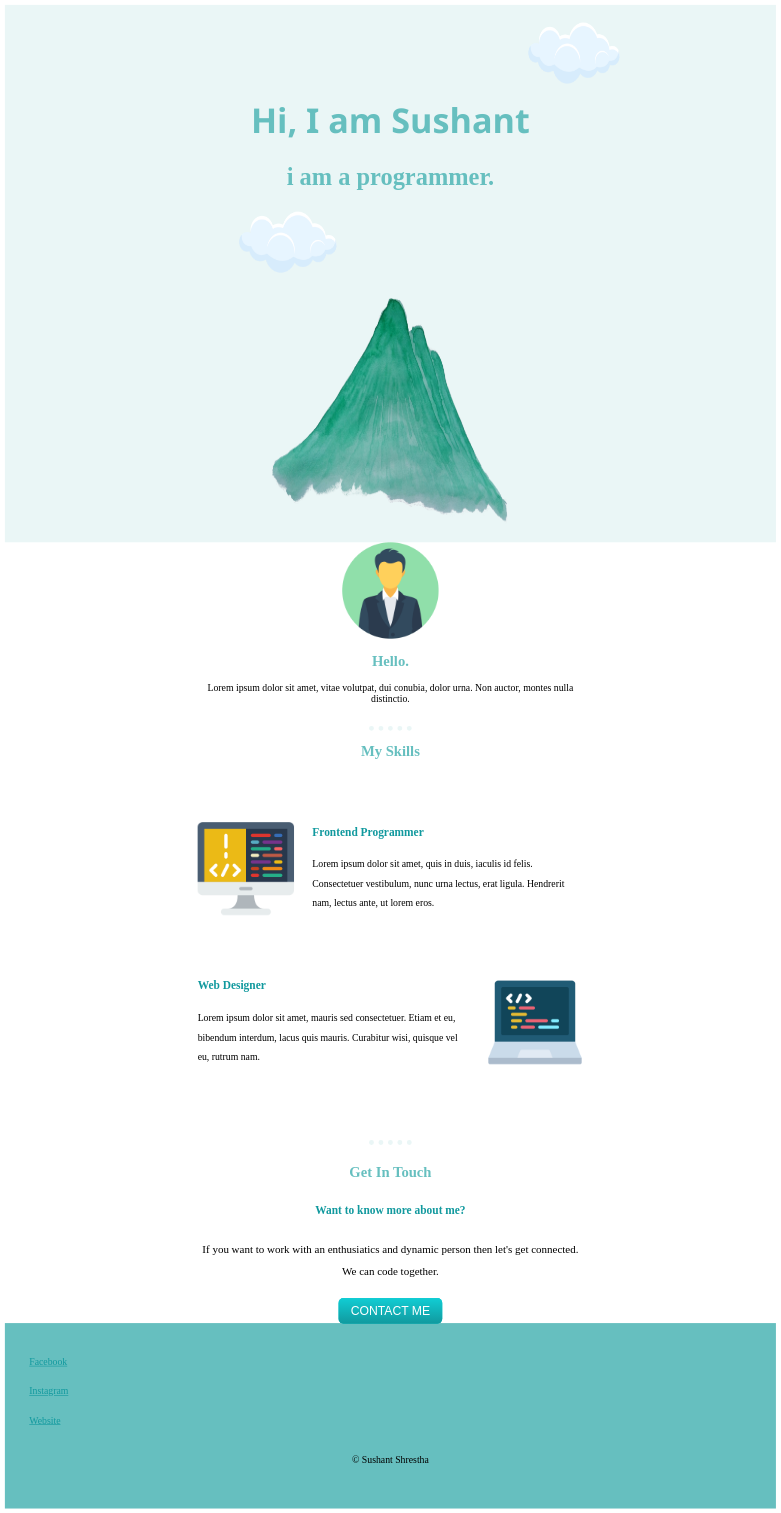
Repository: Sushant203/myPersonalSite
Page: index.html
An editor plug-in stored every save of this project. The page is shown before and after the next save, followed by the edit.
The browser window is 1280 px wide. The pictures show the whole page, at 61% of full size.

Above is the page before, as saved 2022-12-13 19:25:35.

### index.html
<!DOCTYPE html>
<html lang="en">

<head>
    <meta charset="UTF-8">
    <meta http-equiv="X-UA-Compatible" content="IE=edge">
    <meta name="viewport" content="width=device-width, initial-scale=1.0">
    <title>Document</title>
    <link rel="stylesheet" href="\css\style.css">
    <link rel="favicon" href="favicon.ico">
</head>

<body>
    <div class="container">
        <div>
            <img class="top-cloud" src="cloud.png" alt="upper-cloud">
        </div>
        <div class="header-text">
            <h1>Hi, I am Sushant</h1>
            <h2>i am a programmer.</h2>
        </div>
        <div>
            <img class="bottom-cloud" src="cloud.png" alt="lower cloud">
            <img class="mountain-image" src="mountain-1.png" alt="mountain img">
        </div>
      </div>
        <!-- middle and end parts -->
        <div class="middle-container">
            <!-- profile section -->
            <div class="profile">
              <img src="profile.png" alt="profile picture">
              <h2>Hello.</h2>
              <p>Lorem ipsum dolor sit amet, vitae volutpat, dui conubia, dolor urna. Non auctor, montes nulla distinctio.</p>
            </div>
            <hr>
            <!-- skill section -->
            <div class="skills">
              <h2>My Skills</h2>
              <div class="skill-row">
                <img class="img1" src="skill1.png" alt="coding">
                <h3>Frontend Programmer</h3>
                <p>Lorem ipsum dolor sit amet, quis in duis, iaculis id felis. Consectetuer vestibulum, nunc urna lectus, erat ligula. Hendrerit nam, lectus ante, ut lorem eros.</p>
              </div>
              <div class="skill-row">
                <img class="img2" src="skill2.png" alt="programmer">
                <h3>Web Designer</h3>
                <p class="skill-description">Lorem ipsum dolor sit amet, mauris sed consectetuer. Etiam et eu, bibendum interdum, lacus quis mauris. Curabitur wisi, quisque vel eu, rutrum nam.</p>
              </div>
            </div>
            <hr>
            <!-- contact section -->
            <div class="contact-me">
              <h2>Get In Touch</h2>
              <h3>Want to know more about me?</h3>
              <p class="text">If you want to work with an enthusiatics and dynamic person then let's get connected.<br>
              We can code together.</p>
              <a class="btn" href="mailto:clashofgames229@gmail.com">CONTACT ME</a>
            </div>
          </div>

          <!-- bottom section -->
          <div class="bottom-container">
            <a class="footer-link" href="https://www.facebook.com/">Facebook</a>
            <a class="footer-link" href="https://www.instagram.com/">Instagram</a>
            <a class="footer-link" href="https://www.appbrewery.co/">Website</a>
            <p>© Sushant Shrestha</p>
          </div>

</body>

</html>

### css/style.css
/* body{
    background-color: lightblue;

    } */
/* contaienr css starts */
.container{
    background-color: #EAF6F6;
    margin:  0;
    position: relative;
    text-align: center;
    padding-top: 100px;

}

.top-cloud{
    height: 100px;
    width: 150px;
    position: absolute;
    top: 4vh;
   right: 20vw;
}

.header-text{
display: inline-block;
/* position: absolute; */
/* margin: 70px; */
}

.header-text h1{
    font-family: 'Segoe UI', Tahoma, Geneva, Verdana, sans-serif;
    font-size: 3.5rem;
    margin: 50px auto 0 auto;
    color: #66BFBF;

}

.header-text h2{
    font-family:cursive;
    font-size: 2.5rem;
}

.bottom-cloud{
    height: 100px;
    width: 160px;
    position: absolute;
    /* top: 35vh; */
    left: 30vw;
}

.mountain-image{

    height: 430px;
    width: 400px;
    margin-top: 15vh;
}
/* container css ends */

/* middle container css starts */
/* profile section css starts */

.profile{
    width: 50%;
    position: relative;
    text-align: center;
    margin: 0 auto;
}
.profile img{
    width: 25%;
    display: inline-block;
}

h2{
    /* font-weight: normal; */
    color: #66BFBF;
}

h3,a{
    color: #11999E;
}

/* hr line css */
hr{
    border-style: none none dotted;
    border-color: #EAF6F6;
    border-width: 8px;
    width: 4%;
    padding: 10px;
}


.skills{

    position: relative;
    text-align: center;
}

.skill-row{
    margin: 100px auto;
    width: 50%;
    text-align: left;
    line-height:2;
}

.skill-row .img1{
    width: 25%;
    float: left;
    margin-right: 30px;
}
.img2{
    width: 25%;
    float: right;
    margin-left: 30px;
}
/* middle section css ends */
/* contact section css starts */

.contact-me{
    text-align: center;
    line-height: 2;
}
.text{
    font-size: 18px;
    padding: 9px;
}

/* BUTTON CSS */
.btn {
    background: #11cdd4;
    background-image: -webkit-linear-gradient(top, #11cdd4, #11999e);
    background-image: -moz-linear-gradient(top, #11cdd4, #11999e);
    background-image: -ms-linear-gradient(top, #11cdd4, #11999e);
    background-image: -o-linear-gradient(top, #11cdd4, #11999e);
    background-image: linear-gradient(to bottom, #11cdd4, #11999e);
    -webkit-border-radius: 8;
    -moz-border-radius: 8;
    border-radius: 8px;
    font-family: Arial;
    color: #ffffff;
    font-size: 20px;
    padding: 10px 20px 10px 20px;
    text-decoration: none;
  }

  .btn:hover {
    background: #30e3cb;
    background-image: -webkit-linear-gradient(top, #30e3cb, #2bc4ad);
    background-image: -moz-linear-gradient(top, #30e3cb, #2bc4ad);
    background-image: -ms-linear-gradient(top, #30e3cb, #2bc4ad);
    background-image: -o-linear-gradient(top, #30e3cb, #2bc4ad);
    background-image: linear-gradient(to bottom, #30e3cb, #2bc4ad);
    text-decoration: none;
  }
  /* conatct section css ends */

  /* bottom section starts */

  .bottom-container{
    text-align: center;
    padding: 40px;
    line-height: 3;
    background-color: #66BFBF;
  }
  .footer-link{
    display: flex;
    flex-direction:row;
    gap: 5px;
    color: #11999E;
  }

After the next save:
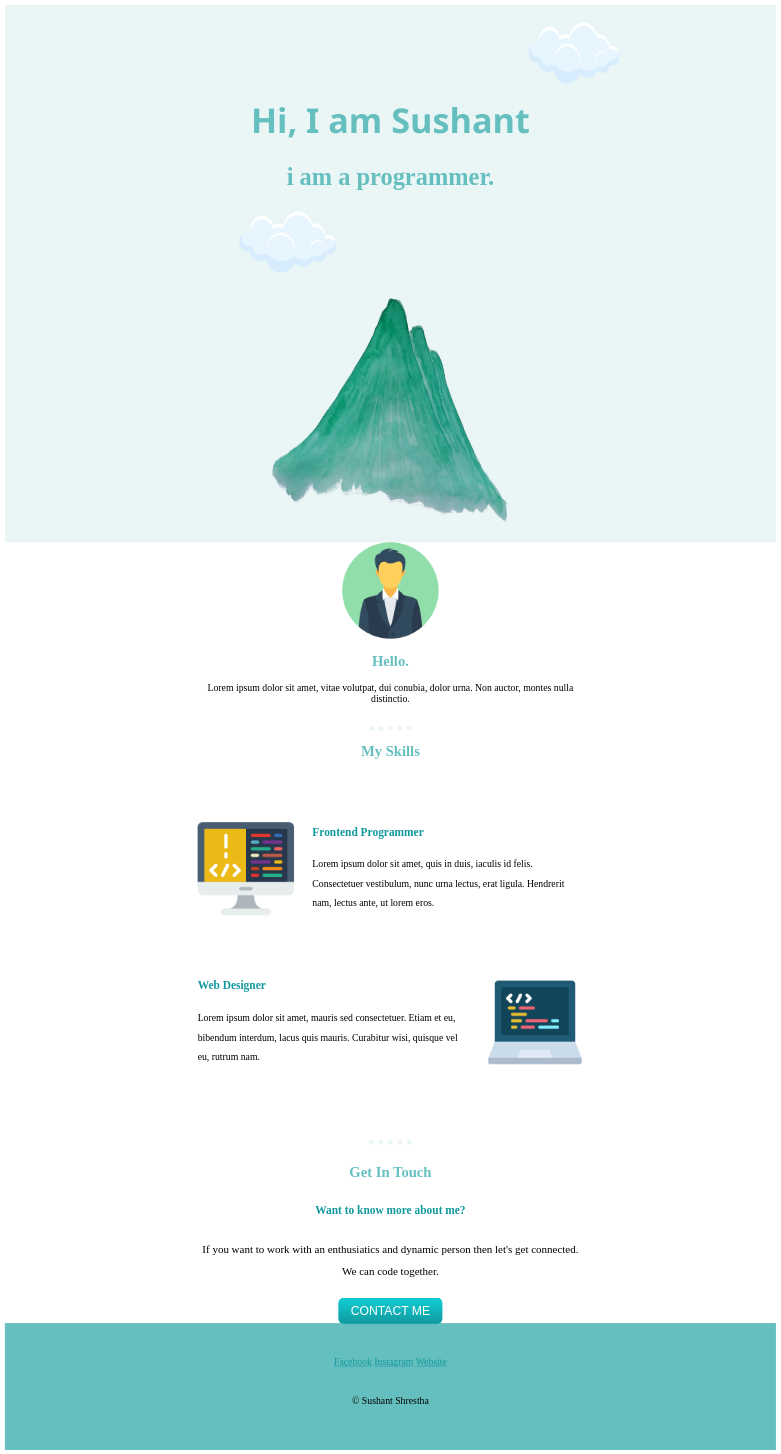
Saved 13 s later.
--- a/css/style.css
+++ b/css/style.css
@@ -161,8 +161,6 @@ hr{
     background-color: #66BFBF;
   }
   .footer-link{
-    display: flex;
-    flex-direction:row;
     gap: 5px;
     color: #11999E;
   }
